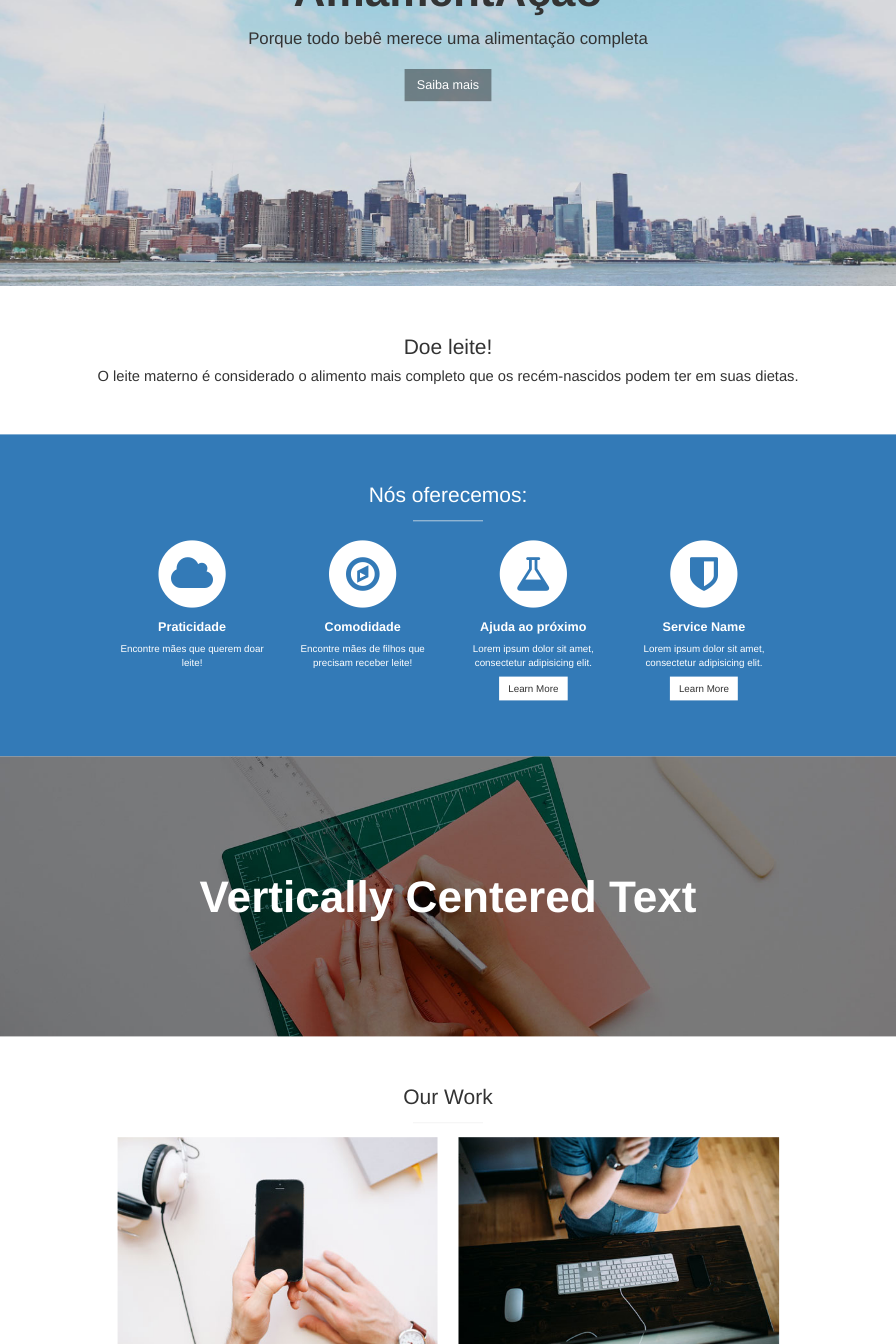
Repository: rsanttos/AmamentAcaoPage
Page: AmamentAcao/WebContent/index.html
An editor plug-in stored every save of this project. The page is shown before and after a run of saves, followed by the edit.
The browser window is 1280 px wide. The pictures show the part of the page from y = 311 to 2231 px (the page is 3885 px tall), at 70% of full size.
Some web fonts or font styles are not loaded; a fallback is used.

Above is the page before, as saved 2016-11-24 19:38:32.

After the next 2 saves:
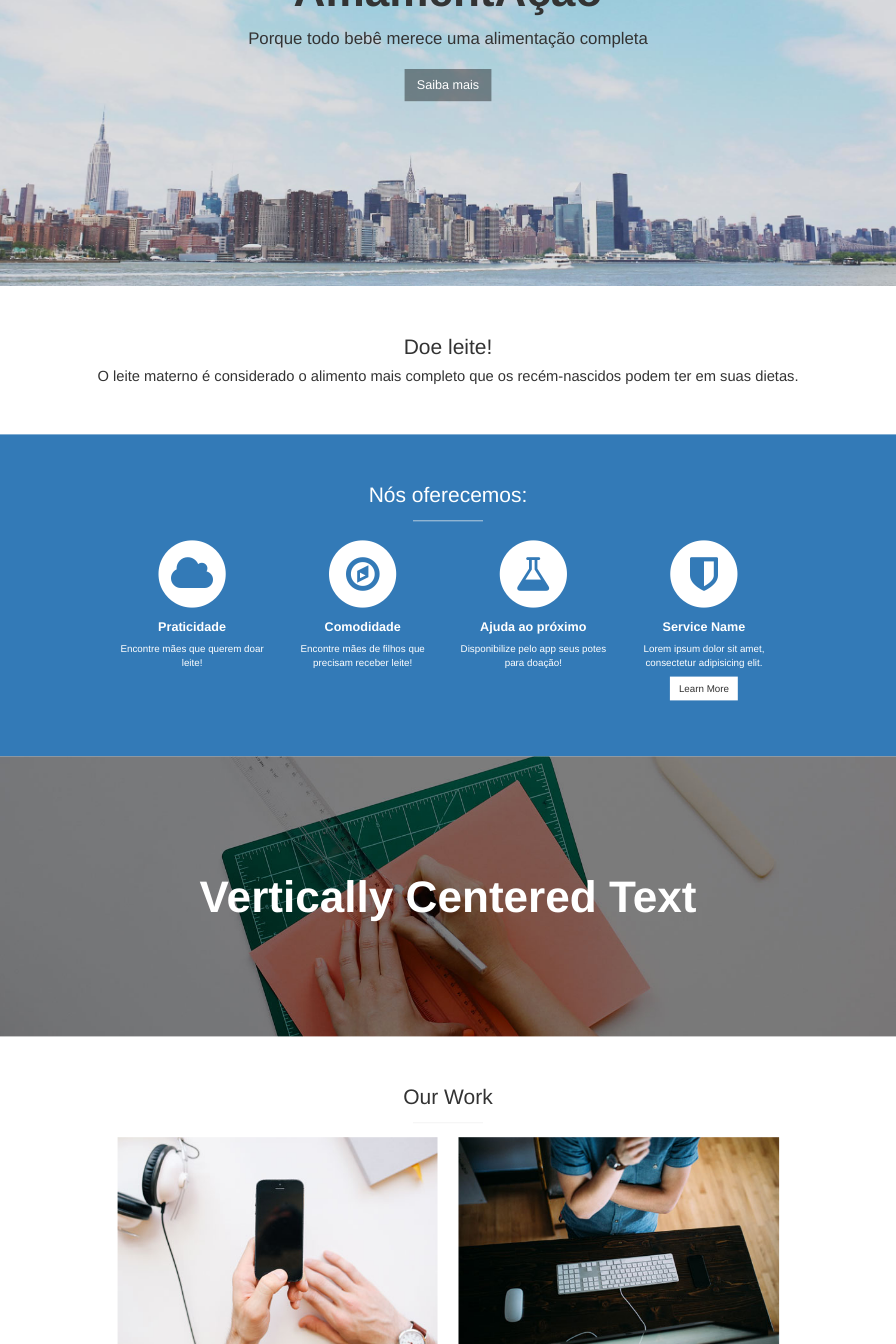
The 2 saves are shown as one change because they came seconds apart.
The last was saved 32 s later.
--- a/AmamentAcao/WebContent/index.html
+++ b/AmamentAcao/WebContent/index.html
@@ -124,8 +124,7 @@
                                 <h4>
                                     <strong>Ajuda ao próximo</strong>
                                 </h4>
-                                <p>Lorem ipsum dolor sit amet, consectetur adipisicing elit.</p>
-                                <a href="#" class="btn btn-light">Learn More</a>
+                                <p>Disponibilize pelo app seus potes para doação!</p>
                             </div>
                         </div>
                         <div class="col-md-3 col-sm-6">
